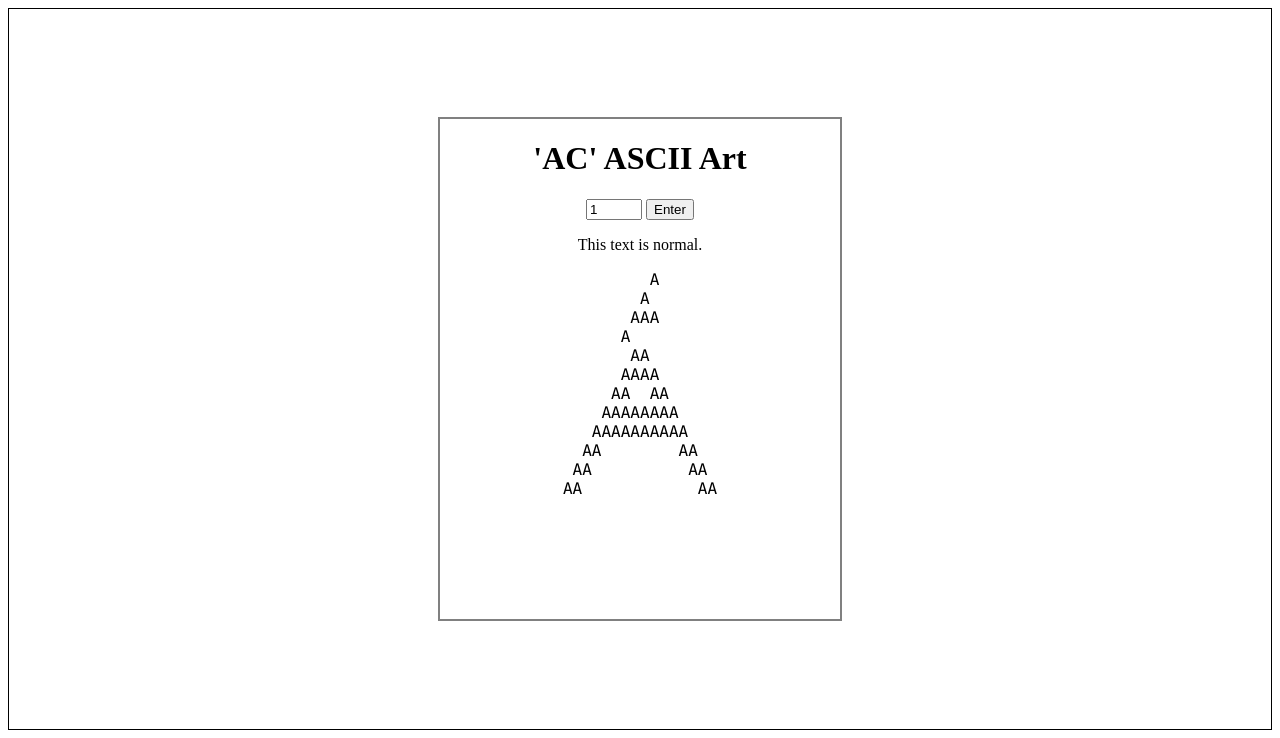
Repository: Achorn/ascii-art
Page: index.html
The author's editor kept a copy of each file at every save. The page is drawn from the files as they stood at one save, then again after the next save.
The browser window is 1280 px wide. The pictures show the whole page.

Above is the page before, as saved 2021-08-09 16:57:04.

After the next save:
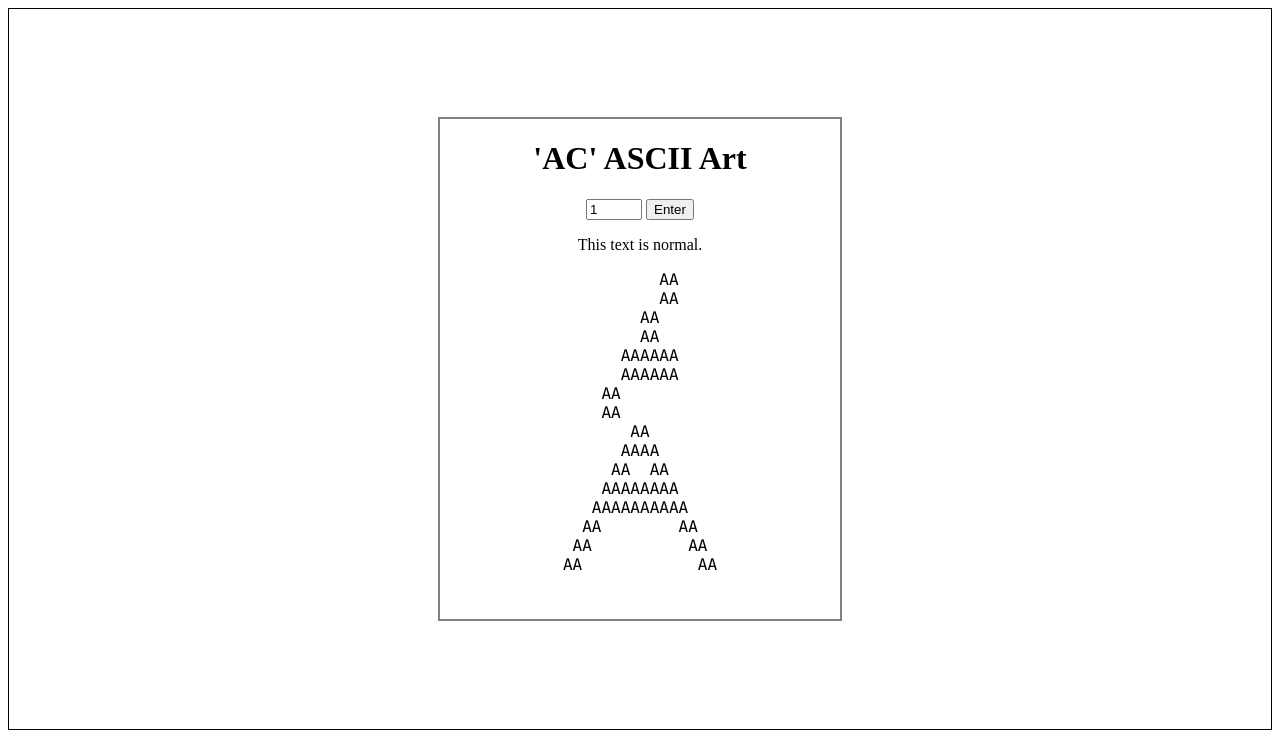
Saved 12 s later.
--- a/myscripts.js
+++ b/myscripts.js
@@ -193,5 +193,5 @@ function trimA(arr, lWidth) {
 let mono = document.getElementById("mono");
 console.log(mono.innerHTML);
 
-mono.innerHTML = arrToString(scaleSpread(four, 1));
+mono.innerHTML = arrToString(scaleSpread(four, 2));
 mono.innerHTML += arrToString(scaleSpread(eight, 1));
